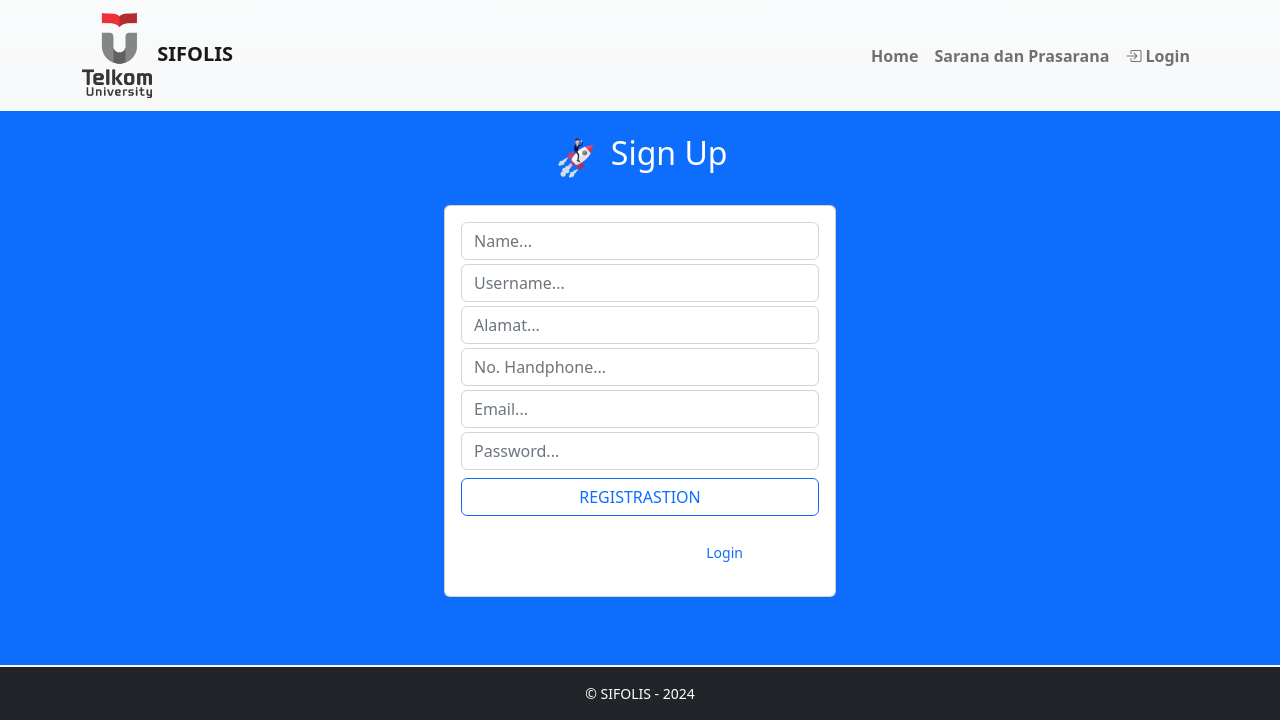
Repository: Audi87/uas_framework
Page: http://localhost/registrasi
An editor plug-in stored every save of this project. The page is shown before and after a run of saves, followed by the edit.
The browser window is 1280 px wide. The pictures show the whole page.
Some web libraries are served in a nearby version. The page is served by the project's Laravel application, run on PHP 8.4 with Laravel 10. Other server files are loaded and not shown.

Above is the page before, as saved 2024-06-13 21:22:42.

### routes/web.php
<?php

use App\Http\Controllers\{
    BarangController, ContactController, CustumerController, DataPeminjamanController, HistoryController,
    Home, LoginController, PeminjamanController, ProfilController, RegistrasiController,
    SaranaDanPrasaranaController, AdminController
};
use Illuminate\Support\Facades\Route;


Route::get('/', [Home::class, 'index'])->middleware('auth');

Route::get('/login', [LoginController::class, 'index'])->name('login')->middleware('guest');
Route::post('/login', [LoginController::class, 'login']);
Route::post('/logout', [LoginController::class, 'logout']);

Route::get('/registrasi', [RegistrasiController::class, 'index'])->middleware('guest');
Route::post('/registrasi', [RegistrasiController::class, 'registrasi']);

Route::get('/dashboard', function() {
    return view('dashboard.index', ['title' => 'Dashboard Admin']);
})->middleware('admin');

Route::get('/profil/{user:id}', [ProfilController::class, 'index'])->middleware('auth');

Route::get('/sarana dan prasarana', [SaranaDanPrasaranaController::class, 'index'])->middleware('auth');
Route::resource('/sarana-prasarana', BarangController::class)->middleware('admin');

Route::get('/peminjaman/{barang:id}', [PeminjamanController::class, 'index'])->middleware('auth');
Route::post('/peminjaman/{barang:id}', [PeminjamanController::class, 'peminjaman'])->middleware('auth');

Route::get('/history/{user:id}', [HistoryController::class, 'index'])->middleware('auth');

Route::get('/kembalikan/{id}', [PeminjamanController::class, 'kembalikan'])->middleware('auth');
Route::get('/detail-peminjaman/{id}', [PeminjamanController::class, 'detailPeminjaman'])->middleware('auth');

Route::get('/category/{id}', [SaranaDanPrasaranaController::class, 'category'])->middleware('auth');

Route::get('/custumer', [CustumerController::class, 'index'])->middleware('admin');
Route::get('/custumer/{user:id}', [CustumerController::class, 'detail'])->middleware('admin');

Route::get('/data-peminjaman', [DataPeminjamanController::class, 'index'])->middleware('admin');
Route::get('/data-peminjaman/{id}', [DataPeminjamanController::class, 'detail'])->middleware('admin');

Route::get('/contact', [ContactController::class, 'index'])->middleware('auth');

### app/Http/Controllers/RegistrasiController.php
<?php

namespace App\Http\Controllers;

use Illuminate\Support\Facades\App;
use App\Models\User;
use Illuminate\Http\Request;

class RegistrasiController extends Controller
{
    // Function untuk menampilkan view registrasi
    public function index()
    {
        return view('registrasi.registrasi', [
            'title' => 'Registrasi'
        ]);
    }

    // Function untuk proses registrasi
    public function registrasi(Request $request)
    {
        $validateData = $request->validate([
            'name' => ['required', 'min:4', 'max:255'],
            'username' => ['required', 'min:5', 'max:255'],
            'alamat' => ['required', 'min:5', 'max:255'],
            'no_handphone' => ['required', 'min:5', 'max:255'],
            'email' => ['required', 'min:5', 'max:255', 'unique:users'],
            'password' => ['required', 'min:5', 'max:255']
        ]);

        $validateData['password'] = bcrypt($validateData['password']);
        User::create($validateData);

        // Menampilkan Sweet Alert
        return redirect('/login')->with('success', 'successful registration');
    }
}

### resources/views/registrasi/registrasi.blade.php
@extends('layouts.main')

@section('content')

<div class="regis p-3 mb-2 bg-primary text-white">
    <div class="container-fluid py-1">
        <div class="row text-center mb-5">
            <div class="col-lg-25 offset-lg-25" >
                <h2>
                    <img src="img/pngwing.com (7).png" text-primary width="50" alt="" data-aos="flip-left" data-aos-duration="2000" >
                    Sign Up
                </h2>
            </div>
            <div class="col-lg-4 offset-lg-4 col-10 offset-1 mt-3">
                {{-- Form Registrasi --}}
                <div class="card">
                    <div class="card-body">
                        <form action="/registrasi" method="post">
                            @csrf
                            <div class="mb-1">
                                <input type="text" id="name" name="name" placeholder="Name..." value="{{ old('name') }}" class="form-control @error('name') is-invalid @enderror">
                                @error('name')
                                <div class="invalid-feedback">
                                    {{ $message }}
                                </div>
                                @enderror
                            </div>
                            <div class="mb-1">
                                <input type="text" id="username" name="username" placeholder="Username..." value="{{ old('username') }}" class="form-control @error('username') is-invalid @enderror">
                                @error('username')
                                <div class="invalid-feedback">
                                    {{ $message }}
                                </div>
                                @enderror
                            </div>
                            <div class="mb-1">
                                <input type="text" id="alamat" name="alamat" placeholder="Alamat..." value="{{ old('alamat') }}" class="form-control @error('alamat') is-invalid @enderror">
                                @error('alamat')
                                <div class="invalid-feedback">
                                    {{ $message }}
                                </div>
                                @enderror
                            </div>
                            <div class="mb-1">
                                <input type="number" id="no_handphone" name="no_handphone" placeholder="No. Handphone..." value="{{ old('no_handphone') }}" class="form-control @error('no_handphone') is-invalid @enderror">
                                @error('no_handphone')
                                <div class="invalid-feedback">
                                    {{ $message }}
                                </div>
                                @enderror
                            </div>
                            <div class="mb-1">
                                <input type="email" id="email" name="email" placeholder="Email..." value="{{ old('email') }}" class="form-control @error('email') is-invalid @enderror">
                                @error('email')
                                <div class="invalid-feedback">
                                    {{ $message }}
                                </div>
                                @enderror
                            </div>
                            <div class="mb-2">
                                <input type="password" id="password" name="password" placeholder="Password..." value="{{ old('password') }}" class="form-control @error('password') is-invalid @enderror">
                                @error('password')
                                <div class="invalid-feedback">
                                    {{ $message }}
                                </div>
                                @enderror
                            </div>
                            <div class="mb-4">
                                <button class="btn btn-outline-primary w-100" type="submit">REGISTRASTION</button>
                            </div>
                            <div>
                                <p><small>already have an account? <a href="login" class="text-decoration-none">Login</a></small></p>
                            </div>
                        </form>
                    </div>
                </div>
            </div>
        </div>
    </div>
</div>

@if(session('success'))
<script>
    Swal.fire({
        title: 'Registrasi Berhasil!',
        text: "{{ session('success') }}",
        icon: 'success',
        confirmButtonText: 'Ok'
    });
</script>
@endif

@endsection

### resources/views/layouts/main.blade.php
<!doctype html>
<html lang="en">
  <head>
    <meta charset="utf-8">
    <meta name="viewport" content="width=device-width, initial-scale=1">
    <title>{{ $title }}</title>

    <link rel="stylesheet" href="/css/stylee.css">

    {{-- Link Aos --}}
    <link rel="stylesheet" href="https://unpkg.com/aos@next/dist/aos.css" />

    {{-- Link Icons Bootstrap --}}
    <link rel="stylesheet" href="https://cdn.jsdelivr.net/npm/bootstrap-icons@1.9.1/font/bootstrap-icons.css">

    <link href="https://cdn.jsdelivr.net/npm/bootstrap@5.2.0/dist/css/bootstrap.min.css" rel="stylesheet" integrity="sha384-gH2yIJqKdNHPEq0n4Mqa/HGKIhSkIHeL5AyhkYV8i59U5AR6csBvApHHNl/vI1Bx" crossorigin="anonymous">
    <link href="https://fonts.googleapis.com/css2?family=Poppins:wght@400;500;600&display=swap" rel="stylesheet">
    <link rel="stylesheet" href="https://cdnjs.cloudflare.com/ajax/libs/font-awesome/6.4.0/css/all.min.css"
        integrity="sha512-iecdLmaskl7CVkqkXNQ/ZH/XLlvWZOJyj7Yy7tcenmpD1ypASozpmT/E0iPtmFIB46ZmdtAc9eNBvH0H/ZpiBw=="
        crossorigin="anonymous" referrerpolicy="no-referrer" />
  </head>
  <body class="bg-light">

    {{-- Include navbar --}}
    @include('navbar.navbar')

    {{-- Content --}}
    @yield('content')
    {{-- End Content --}}

    {{-- Include Footer --}}
    @include('footer.footer')

    <script src="https://cdn.jsdelivr.net/npm/bootstrap@5.2.0/dist/js/bootstrap.bundle.min.js" integrity="sha384-A3rJD856KowSb7dwlZdYEkO39Gagi7vIsF0jrRAoQmDKKtQBHUuLZ9AsSv4jD4Xa" crossorigin="anonymous"></script>

    <script src="https://unpkg.com/aos@next/dist/aos.js"></script>
    <script>
      AOS.init();
    </script>

    {{-- Js Jquery --}}
    <script src="/js/jquery.js"></script>

    {{-- Script js --}}
    <script src="/js/script.js"></script>

  </body>
</html>

### resources/views/navbar/navbar.blade.php
{{-- Navbar --}}
<nav class="navbar navbar-expand-lg bg-light bg-gradient navbar-light">
    <div class="container">
        <a class="navbar-brand" href="/"><img src="img/logo.png" width="70" alt="" data-aos="flip-left"
                data-aos-duration="2000"> SIFOLIS </a>
        <button class="navbar-toggler" type="button" data-bs-toggle="collapse" data-bs-target="#navbarNav"
            aria-controls="navbarNav" aria-expanded="false" aria-label="Toggle navigation">
            <span class="navbar-toggler-icon"></span>
        </button>
        <div class="collapse navbar-collapse" id="navbarNav">
            <ul class="navbar-nav ms-auto">
                <li class="nav-item">
                    <a class="nav-link {{ Request::is('/') ? 'active' : '' }}" aria-current="page"
                        href="/">Home</a>
                </li>
                <li class="nav-item">
                    <a class="nav-link {{ Request::is('sarana dan prasarana') ? 'active' : '' }}" aria-current="page"
                        href="/sarana dan prasarana">Sarana dan Prasarana</a>
                </li>

                @auth
                    <li class="nav-item dropdown">
                        <a class="nav-link dropdown-toggle" href="#" role="button" data-bs-toggle="dropdown"
                            aria-expanded="false">
                            <i class="bi bi-person-lines-fill"></i> Welcome, {{ auth()->user()->username }}
                        </a>
                        <ul class="dropdown-menu">
                            @can('admin')
                                <li><a class="dropdown-item" href="/dashboard">Dashboard Admin</a></li>
                            @endcan
                            <li><a class="dropdown-item" href="/history/{{ auth()->user()->id }}">Peminjaman</a></li>
                            <li><a class="dropdown-item" href="/contact">Contact Us</a></li>
                            <li><a class="dropdown-item" href="/profil/{{ auth()->user()->id }}"><i
                                        class="bi bi-person-lines-fill"></i> My Profil</a></li>
                            <li>
                                <hr class="dropdown-divider">
                            </li>
                            {{-- Form Logout --}}
                            <form action="/logout" method="post">
                                @csrf
                                <button type="submit" class="dropdown-item"
                                    onclick="return confirm('sure want to go out?')"><i class="bi bi-box-arrow-in-left"></i>
                                    Logout</button>
                            </form>
                            {{-- End From --}}
                        </ul>
                    </li>
                @else
                    <li class="nav-item">
                        <a class="nav-link {{ Request::is('login') ? 'active' : '' }}" href="/login"><i
                                class="bi bi-box-arrow-in-right"></i> Login</a>
                    </li>
                @endauth

            </ul>
        </div>
    </div>
</nav>
{{-- End Navbar --}}

### resources/views/footer/footer.blade.php
<div class="container">
    <!-- Konten Halaman di sini -->
</div>
<div class="fixed-bottom">
<footer class="container-fluid bg-dark text-white text-center">
    <div class="container1">
        <div class="row">
            <div class="col-lg-12">
                <small><p class="mt-3">&copy; SIFOLIS - 2024</p></small>
            </div>
        </div>
    </div>
    </div>
</footer>

### public/css/stylee.css
nav ul li {
    font-weight: bold;
}

nav a {
    font-weight: bold;
}

nav ul li:hover {
    background-color: black;
    opacity: 0.8;
    border-radius: 17px;
    text-decoration: underline;
}

### public/js/script.js
$(document).ready(function(){


    window.setTimeout(function(){
        $('.alert').fadeTo(300, 0).slideUp(300, function(){
            $(this).remove();
        });
    }, 4000);

    // Js Show password
    $('#flexCheckDefault').click(function(){
        if($(this).is(':checked')){
            $('#password').attr('type', 'text')
        }else{
            $('#password').attr('type', 'password')
        }
    });

});

Loaded but not shown: app/Http/Controllers/Controller.php (common file); public/js/jquery.js (library)

After the next 2 saves:
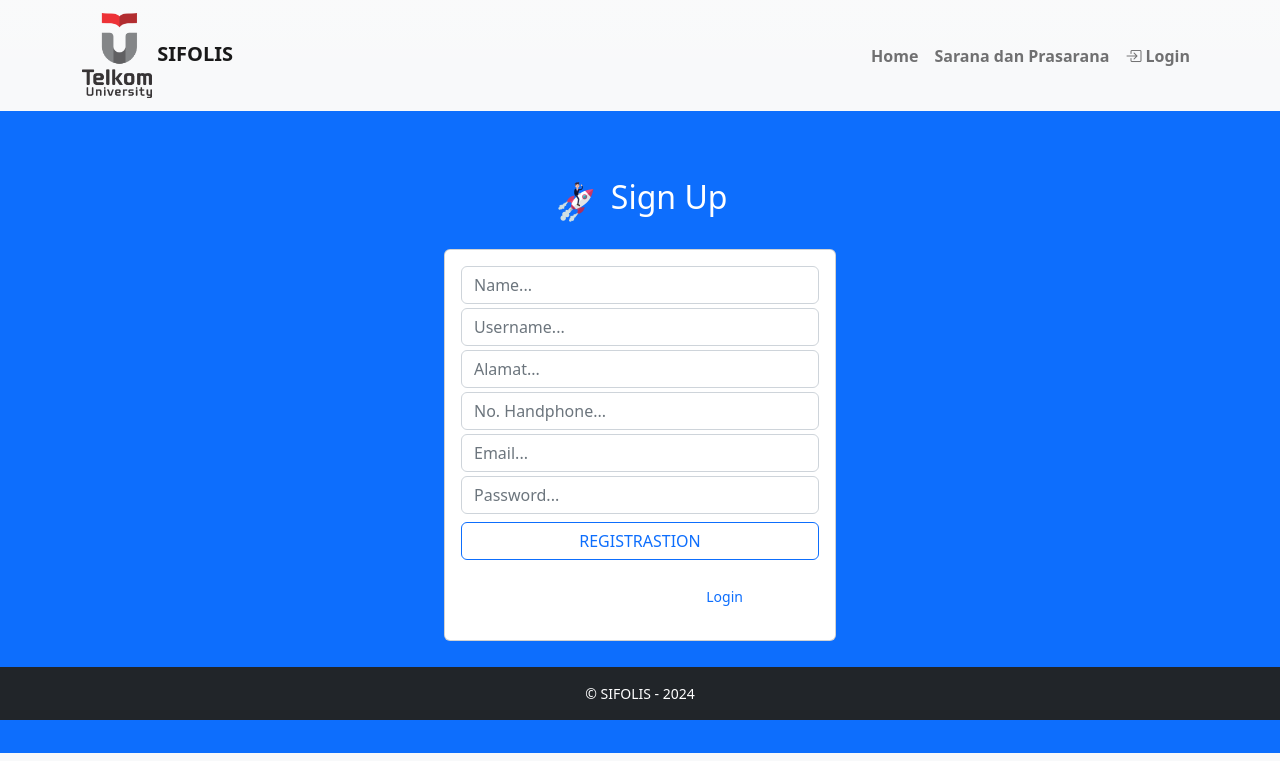
The 2 saves are shown as one change because they came seconds apart.
The last was saved 6 s later.
--- a/resources/views/registrasi/registrasi.blade.php
+++ b/resources/views/registrasi/registrasi.blade.php
@@ -3,7 +3,7 @@
 @section('content')
 
 <div class="regis p-3 mb-2 bg-primary text-white">
-    <div class="container-fluid py-1">
+    <div class="container-fluid py-5">
         <div class="row text-center mb-5">
             <div class="col-lg-25 offset-lg-25" >
                 <h2>
